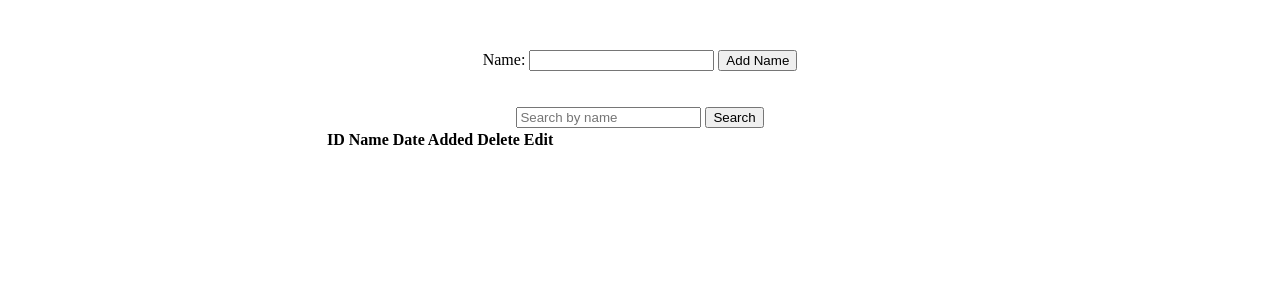
Repository: Theracon/Simple-mysql-node-app
Page: client/index.html
An editor plug-in stored every save of this project. The page is shown before and after the next save, followed by the edit.
The browser window is 1280 px wide. The pictures show the whole page.

Above is the page before, as saved 2021-06-04 09:13:38.

### client/index.html
<!DOCTYPE html>
<html lang="en">

<head>
    <meta charset="UTF-8">
    <meta http-equiv="X-UA-Compatible" content="IE=edge">
    <meta name="viewport" content="width=device-width, initial-scale=1.0">
    <link rel="stylesheet" href="stylesheet.css">
    <title>MySQL Node App</title>
</head>

<body>
    <main>
        <label>Name:</label>
        <input type="text" id="name-input">
        <button id="add-name-btn">Add Name</button>

        <br><br><br>

        <div>
            <input type="text" placeholder="Search by name" id="search-input">
            <button id="search-btn">Search</button>
        </div>

        <table id="table">
            <thead>
                <th>ID</th>
                <th>Name</th>
                <th>Date Added</th>
                <th>Delete</th>
                <th>Edit</th>
            </thead>
        </table>
    </main>

    <script src="app.js"></script>
</body>

</html>

### client/stylesheet.css
main {
    width: 50%;
    margin: 50px auto;
    text-align: center;
}

Loaded but not shown: client/app.js (no copy from this time; the picture is the same without it)

After the next save:
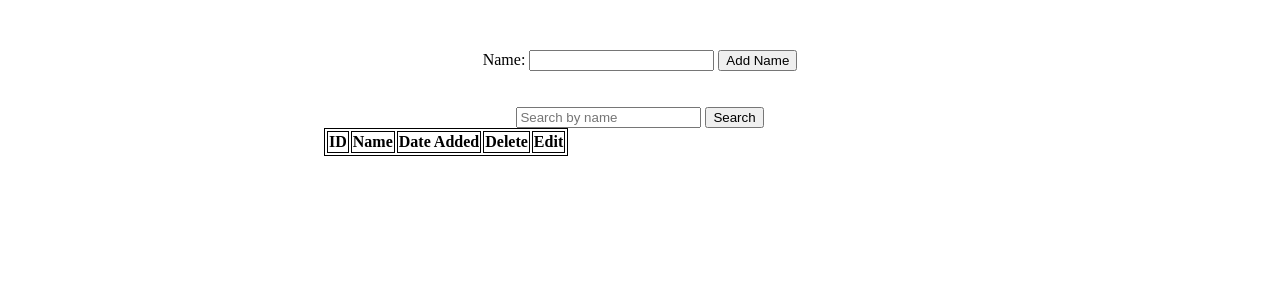
Saved 57 s later.
--- a/client/stylesheet.css
+++ b/client/stylesheet.css
@@ -3,3 +3,9 @@ main {
     margin: 50px auto;
     text-align: center;
 }
+
+table,
+th,
+td {
+    border: 1px solid #000;
+}
